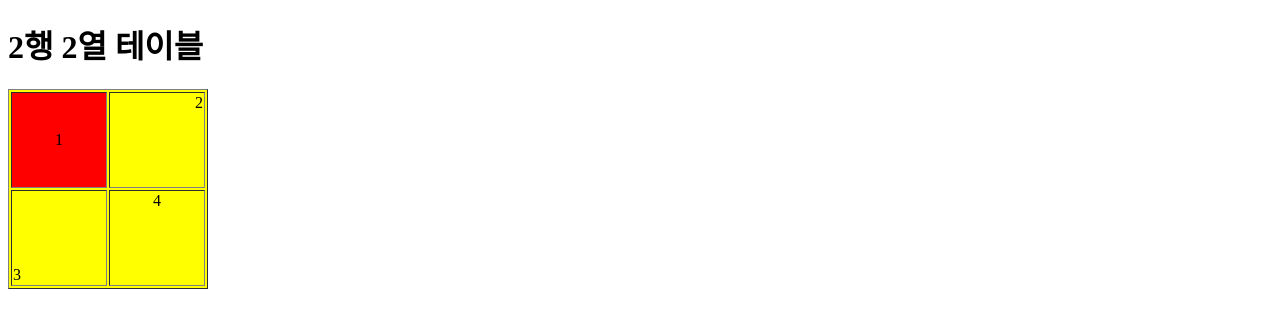
Repository: sungken/htmlProject
Page: ClientTest/src/main/webapp/html/ex15_table.html
These files come from the project's save history. The page is drawn as it stood at one moment and after the next save; the edit follows.
The browser window is 1280 px wide. The pictures show the whole page.

Above is the page before, as saved 2024-03-13 06:19:11.

### ClientTest/src/main/webapp/html/ex15_table.html
<!DOCTYPE html>
<html>
<head>
<meta charset="UTF-8">
<title>Insert title here</title>
</head>
<body>
	<!-- ex15_table.html -->
	<!--

	표, table
	1. 표를 만들기 위해서 사용
	2. 레이아웃을 만들기 위해서 사용

	테이블의 구성요소
	1. 가장 큰 상자
		- <table>
		- 테이블 전체 컨테이너

	2. 중간 긴 상자
		- <tr>
		- table row
		- 테이블 행

	3. 가장 작은 상자
		- <tb>
		- table data
		- 테이블 셀
		- 데이터를 담는 태그
		-

	 -->
	 <h1>2행 2열 테이블</h1>
	<table border="1" width="200" height="200" bgcolor="yellow">
		<tr>
			<td align="center" valign="middle" bgcolor="red">1</td>
			<td align="right" valign="top">2</td>
		</tr>
		<tr>
			<td align="left" valign="bottom">3</td>
			<td align="center" valign="baseline">4</td>
		</tr>


	</table>


</body>
</html>

After the next save:
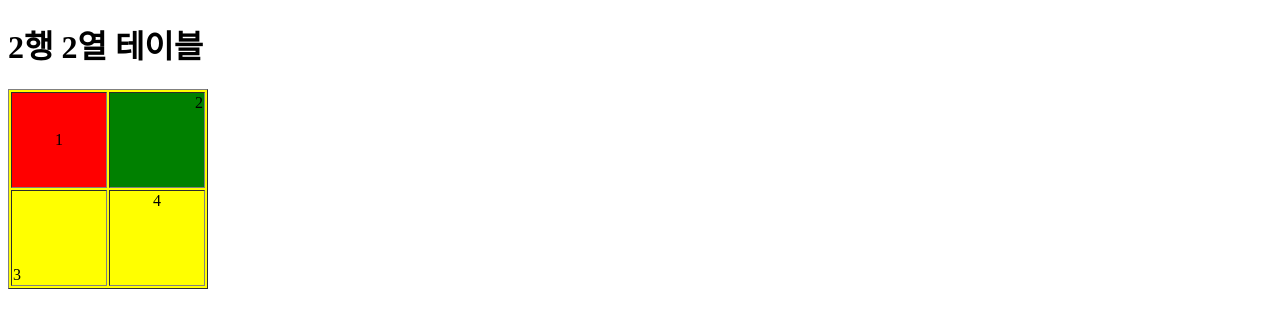
Saved 19 s later.
--- a/ClientTest/src/main/webapp/html/ex15_table.html
+++ b/ClientTest/src/main/webapp/html/ex15_table.html
@@ -32,7 +32,7 @@
 	 -->
 	 <h1>2행 2열 테이블</h1>
 	<table border="1" width="200" height="200" bgcolor="yellow">
-		<tr>
+		<tr bgcolor="green">
 			<td align="center" valign="middle" bgcolor="red">1</td>
 			<td align="right" valign="top">2</td>
 		</tr>
